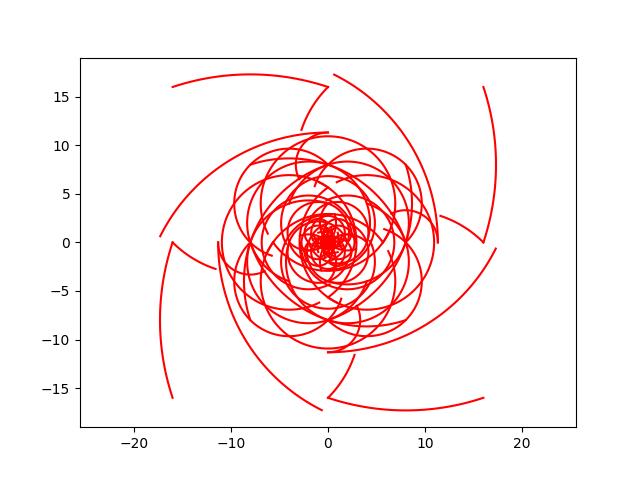
Repository: lbylzkx/Circle-Point-Manuscript
Script's output: python 卍spiral.py
An editor plug-in stored every save of this project. The script's output is shown before and after the next save, followed by the edit.
Random numbers start from a fixed seed.

Above is the script's output before, as saved 2023-09-25 15:48:18.

After the next save:
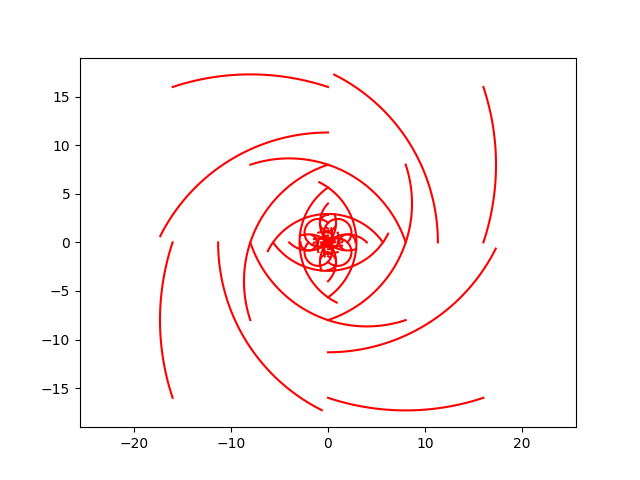
Saved 87 s later.
--- a/卍spiral.py
+++ b/卍spiral.py
@@ -68,7 +68,7 @@ for alpha in range(0, 4):
     for n in range(-10, 9):
         arc((loutus_x_center(n, alpha*np.pi/2), loutus_y_center(n, alpha*np.pi/2)),
             (x_position(n, alpha*np.pi/2), y_position(n, alpha*np.pi/2)), (loutus_x_to(n, alpha*np.pi/2), loutus_y_to(n, alpha*np.pi/2)), 'r')
-        arc((loutus_x_center_inverse(n, alpha*np.pi/2), loutus_y_center_inverse(n, alpha*np.pi/2)),
-            (x_position(n, alpha*np.pi/2), y_position(n, alpha*np.pi/2)), (loutus_x_to_inverse(n, alpha*np.pi/2), loutus_y_to_inverse(n, alpha*np.pi/2)), 'r')
+        # arc((loutus_x_center_inverse(n, alpha*np.pi/2), loutus_y_center_inverse(n, alpha*np.pi/2)),
+        #     (x_position(n, alpha*np.pi/2), y_position(n, alpha*np.pi/2)), (loutus_x_to_inverse(n, alpha*np.pi/2), loutus_y_to_inverse(n, alpha*np.pi/2)), 'r')
 plt.axis('equal')
 plt.show()
